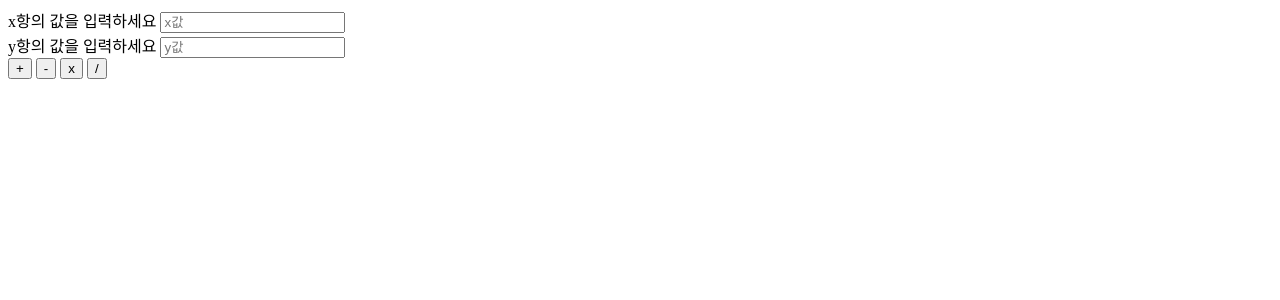
Repository: Hyun0000/JDBC_Jsp_Servelt_Newlec
Page: JSPProject/WebContent/calcul2.html
The author's editor kept a copy of each file at every save. The page is drawn from the files as they stood at one save, then again after the next save.
The browser window is 1280 px wide. The pictures show the whole page.

Above is the page before, as saved 2021-09-05 04:35:53.

After the next save:
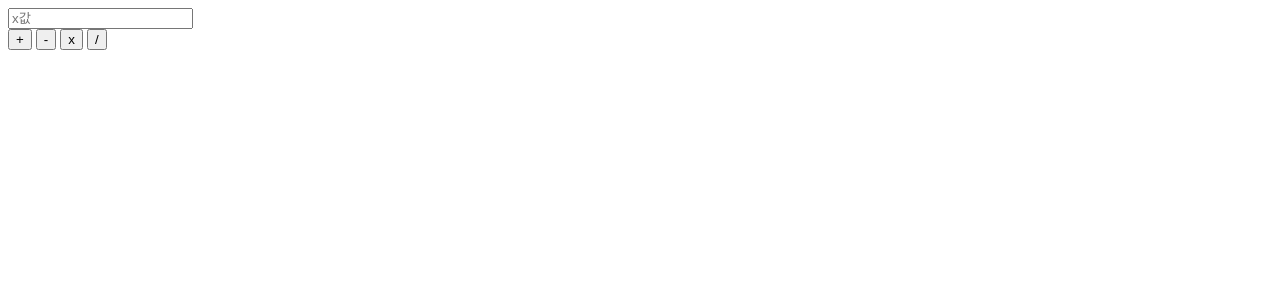
Saved 34 min 48 s later.
--- a/JSPProject/WebContent/calcul2.html
+++ b/JSPProject/WebContent/calcul2.html
@@ -10,14 +10,7 @@
 		<form action="calcul" method = "post">
 
 			<div>
-				<label>x항의 값을 입력하세요</label>
-				<input type="text" name = "x" placeholder="x값">
-			</div>
-
-
-			<div>
-				<label>y항의 값을 입력하세요</label>
-				<input type="text" name = "y" placeholder="y값">
+				<input type="text" name = "v" placeholder="x값">
 			</div>
 
 			<div>
